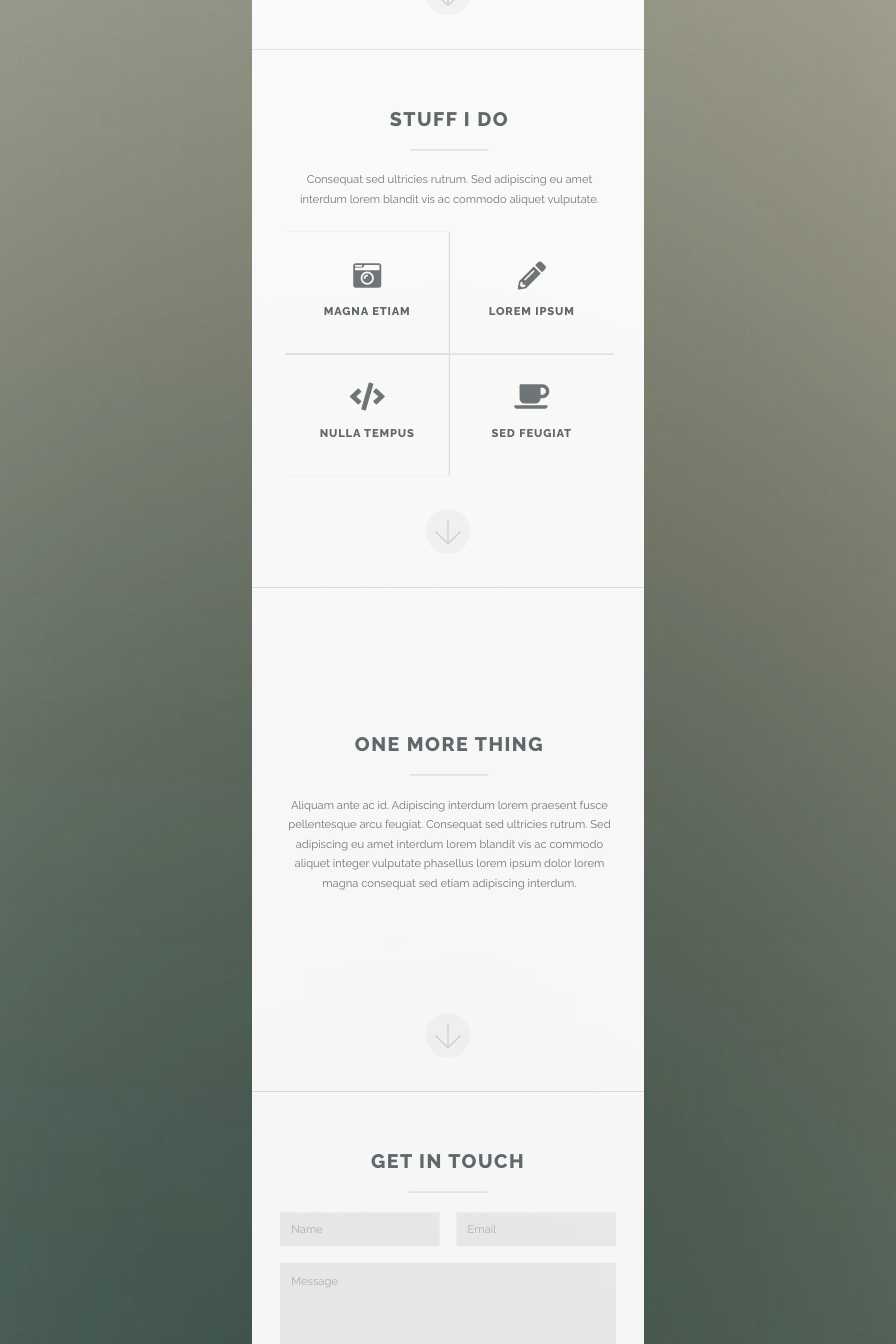
Repository: madeleine-mckenzie/madeleine-mckenzie.github.io
Page: index.html
These files come from the project's save history. The page is drawn as it stood at one moment and after the next save; the edit follows.
The browser window is 1280 px wide. The pictures show the part of the page from y = 1370 to 3290 px (the page is 3654 px tall before and 3626 px after), at 70% of full size.
Backgrounds fixed to the window are drawn as part of the page.

Above is the page before, as saved 2023-08-12 18:13:52.

After the next save:
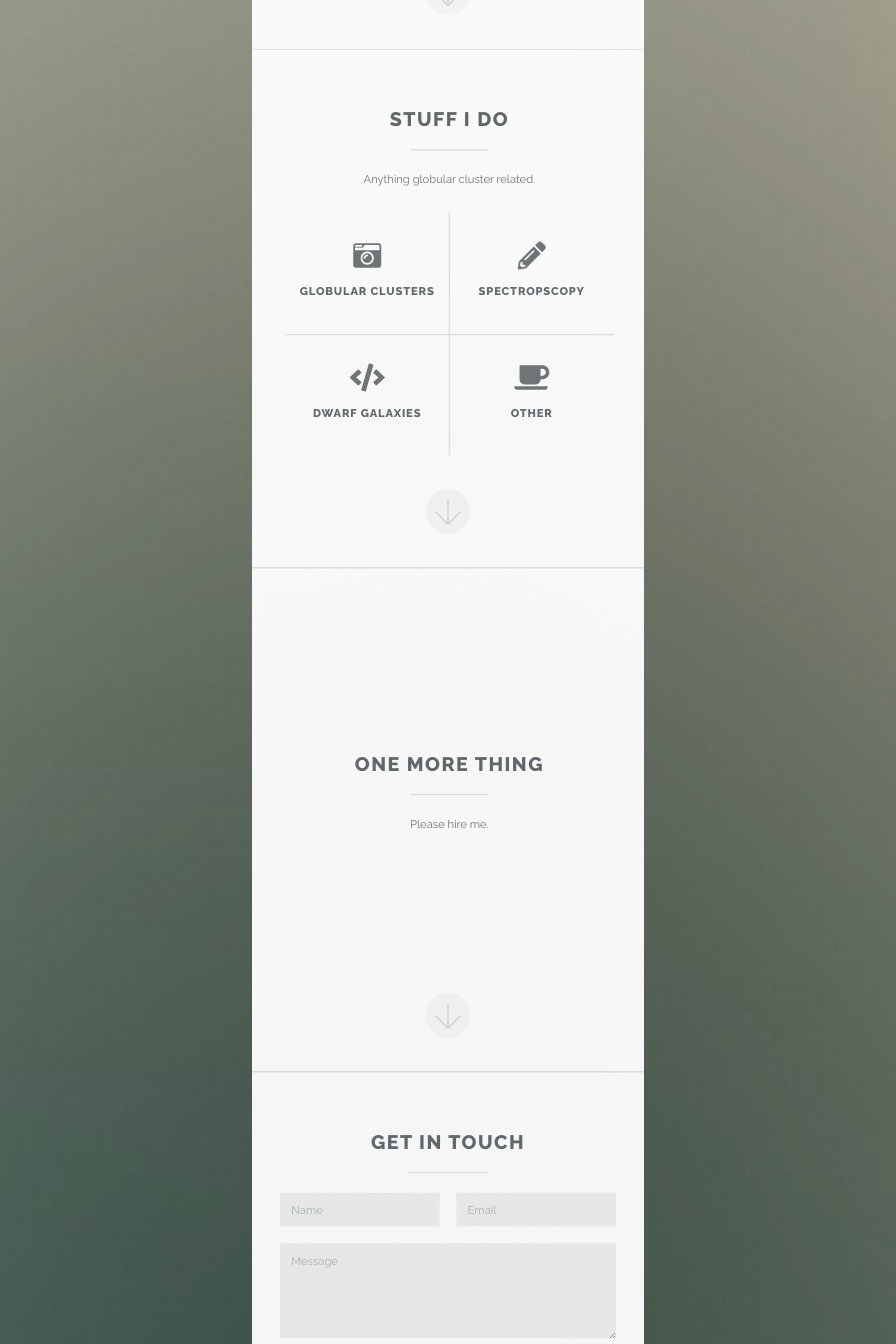
Saved 6 min 37 s later.
--- a/index.html
+++ b/index.html
@@ -48,23 +48,23 @@
 						<header class="major">
 							<h2>Stuff I do</h2>
 						</header>
-						<p>Consequat sed ultricies rutrum. Sed adipiscing eu amet interdum lorem blandit vis ac commodo aliquet vulputate.</p>
+						<p>Anything globular cluster related.</p>
 						<ul class="icons-grid">
 							<li>
 								<span class="icon solid major fa-camera-retro"></span>
-								<h3>Magna Etiam</h3>
+								<h3>Globular clusters</h3>
 							</li>
 							<li>
 								<span class="icon solid major fa-pencil-alt"></span>
-								<h3>Lorem Ipsum</h3>
+								<h3>Spectropscopy</h3>
 							</li>
 							<li>
 								<span class="icon solid major fa-code"></span>
-								<h3>Nulla Tempus</h3>
+								<h3>Dwarf galaxies</h3>
 							</li>
 							<li>
 								<span class="icon solid major fa-coffee"></span>
-								<h3>Sed Feugiat</h3>
+								<h3>Other</h3>
 							</li>
 						</ul>
 					</div>
@@ -80,7 +80,7 @@
 						<header class="major">
 							<h2>One more thing</h2>
 						</header>
-						<p>Aliquam ante ac id. Adipiscing interdum lorem praesent fusce pellentesque arcu feugiat. Consequat sed ultricies rutrum. Sed adipiscing eu amet interdum lorem blandit vis ac commodo aliquet integer vulputate phasellus lorem ipsum dolor lorem magna consequat sed etiam adipiscing interdum.</p>
+						<p>Please hire me.</p>
 					</div>
 					<a href="#footer" class="goto-next scrolly">Next</a>
 				</div>
